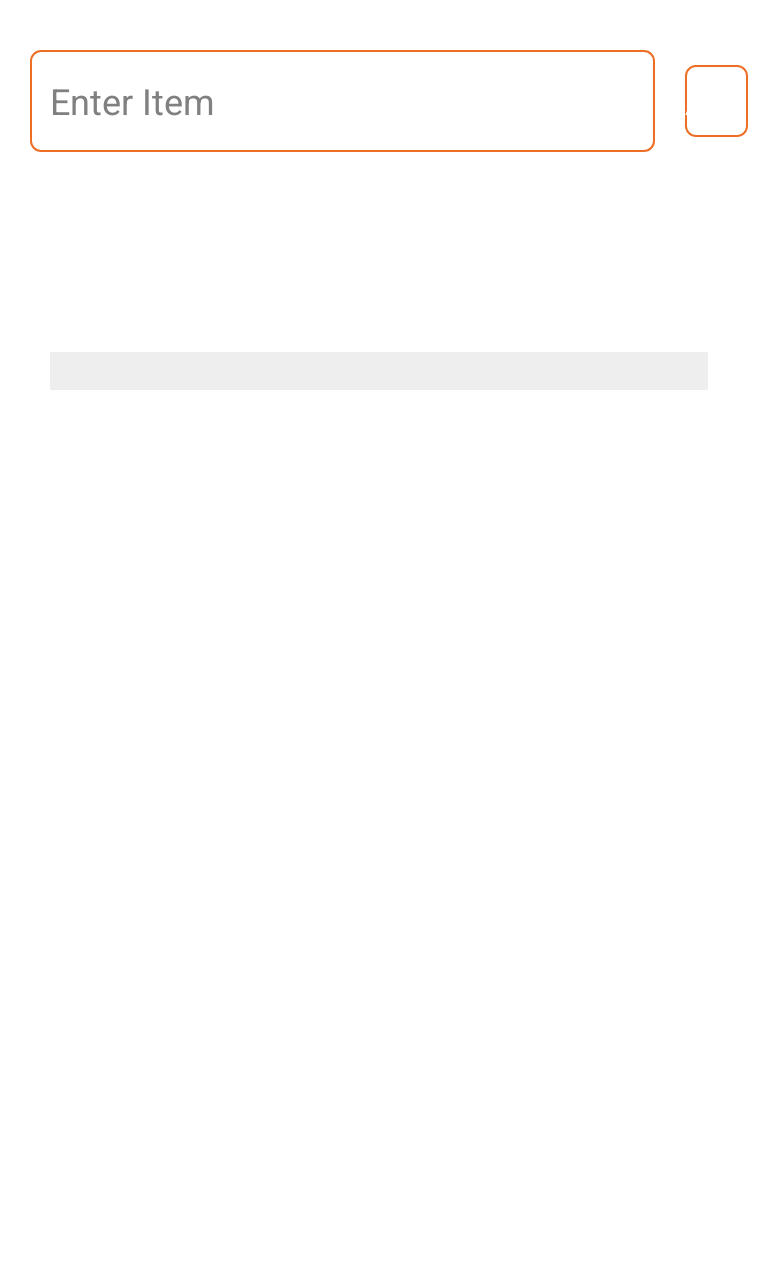
Repository: ianDervan/FYP_ShopSmart
Layout: FYP/ShopSmart/res/layout/activity_shopping_list.xml
The author's editor kept a copy of each file at every save. The layout is drawn from the files as they stood at one save, then again after the next save.
It is drawn on a 768 x 1280 px phone screen (xhdpi) without system bars, with theme AppTheme; the app's code is not run.

Above is the layout before, as saved 2015-01-16 20:52:16.

After the next save:
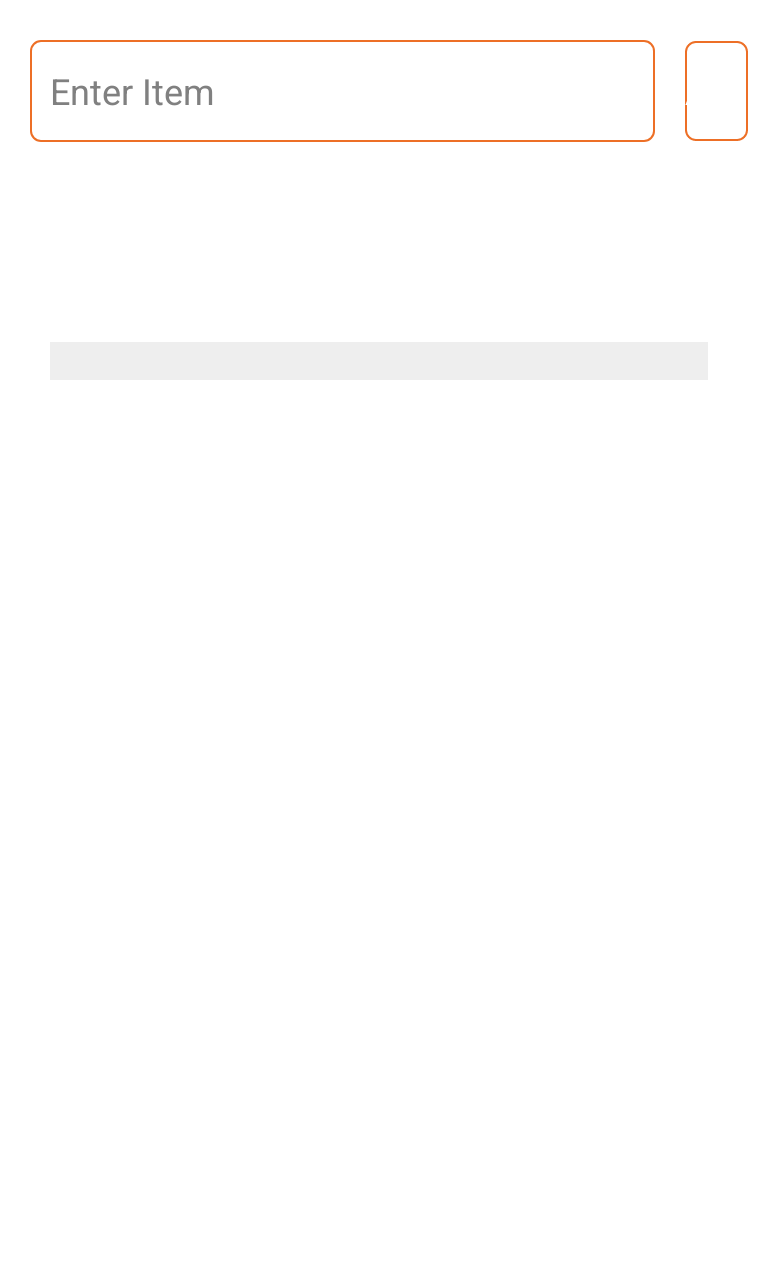
Saved 38 s later.
--- a/FYP/ShopSmart/res/layout/activity_shopping_list.xml
+++ b/FYP/ShopSmart/res/layout/activity_shopping_list.xml
@@ -15,7 +15,7 @@
             android:layout_width="213dp"
             android:layout_height="51dp"
             android:layout_marginLeft="5dp"
-            android:layout_marginTop="15dp"
+            android:layout_marginTop="10dp"
             android:layout_weight="0.06"
             android:background="@drawable/customeditext"
             android:dropDownWidth="340dp"
@@ -25,9 +25,9 @@
         <EditText
             android:id="@+id/quantity"
             android:layout_width="wrap_content"
-            android:layout_height="36dp"
+            android:layout_height="50dp"
             android:layout_marginLeft="15dp"
-            android:layout_marginTop="15dp"
+            android:layout_marginTop="10dp"
             android:background="@drawable/customeditext"
             android:text="Add"
             android:textColor="#FFFFFF" />
